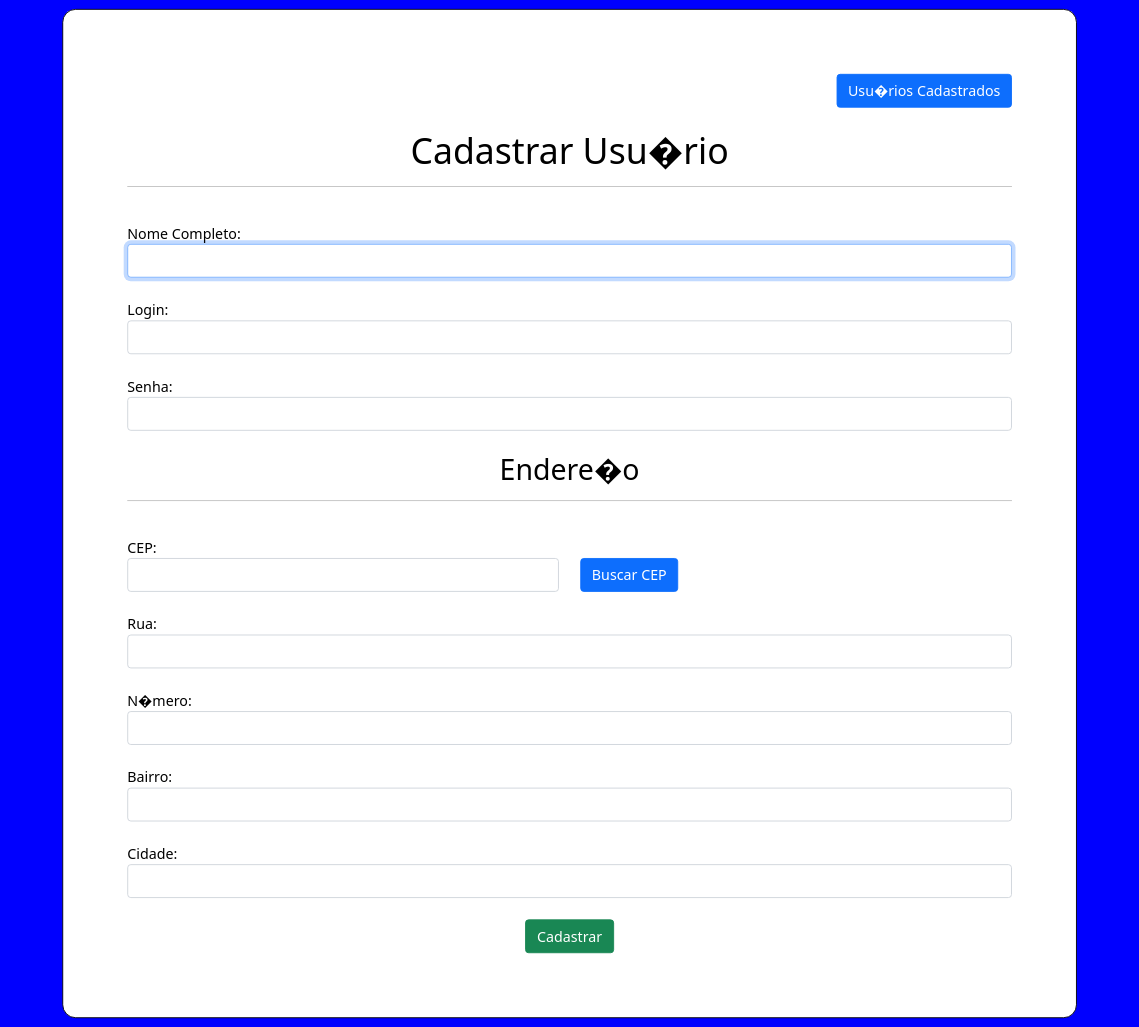
Repository: Magicianred/spring-mvc
Page: http://localhost/index
An editor plug-in stored every save of this project. The page is shown before and after the next save, followed by the edit.
The browser window is 1280 px wide. The pictures show the whole page, at 89% of full size.
The page is this project's Thymeleaf template; nobody is signed in. The template is opened directly, without the code that normally fills it, so the values that code supplies are empty.

Above is the page before, as saved 2021-01-13 02:36:02.

After the next save:
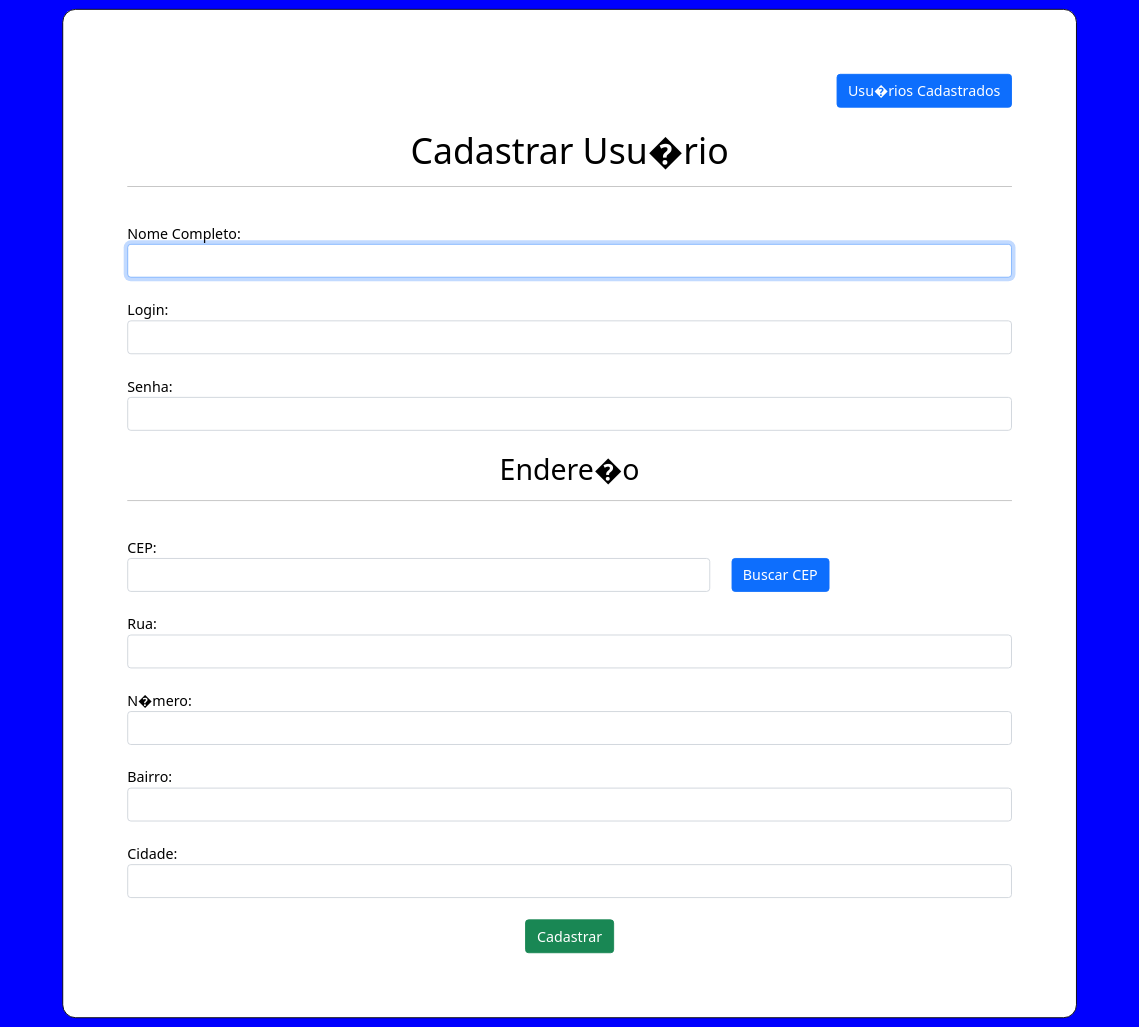
Saved 10 s later.
--- a/springmvc/src/main/resources/templates/index.html
+++ b/springmvc/src/main/resources/templates/index.html
@@ -41,7 +41,7 @@ xmlns:layout="http://www.ultraq.net.nz/thymeleaf/layout">
 		<hr><br/>
 		<div class="form-group row">
 			<label>CEP:</label> <br />
-			<div class="col-md-6"><input class="form-control" type="text" name="cep" id="cep" /></div>
+			<div class="col-md-8"><input class="form-control" type="text" name="cep" id="cep" /></div>
 			<div class="col-md-2"><button class="btn btn-primary" onclick="buscar()">Buscar CEP</button></div>
 		</div>
 		<br />
